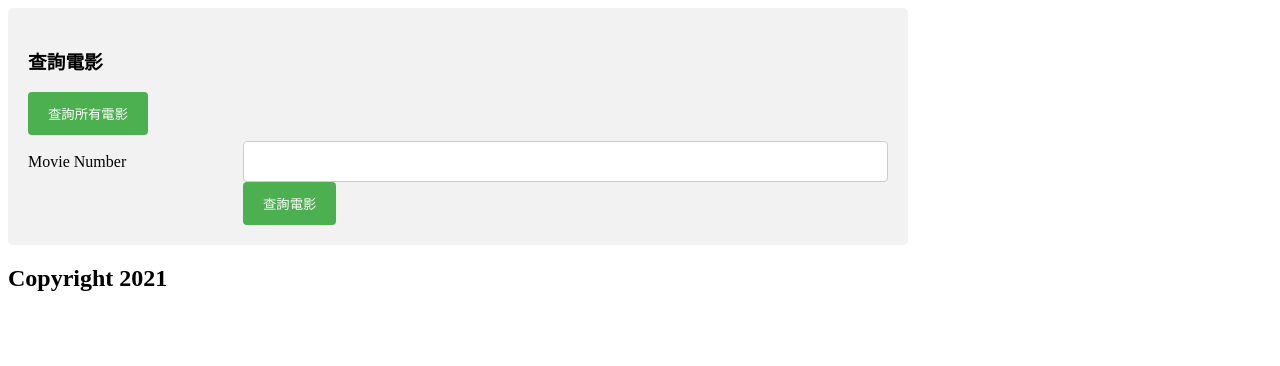
Repository: PEICHI26/Cinema
Page: http://localhost/Cinema/Query.jsp
These files come from the project's save history. The page is drawn as it stood at one moment and after the next save; the edit follows.
The browser window is 1280 px wide. The pictures show the whole page.
The page is served by Tomcat 9. Nobody is signed in. The application's start-up code is not run.

Above is the page before, as saved 2021-12-18 04:11:35.

After the next save:
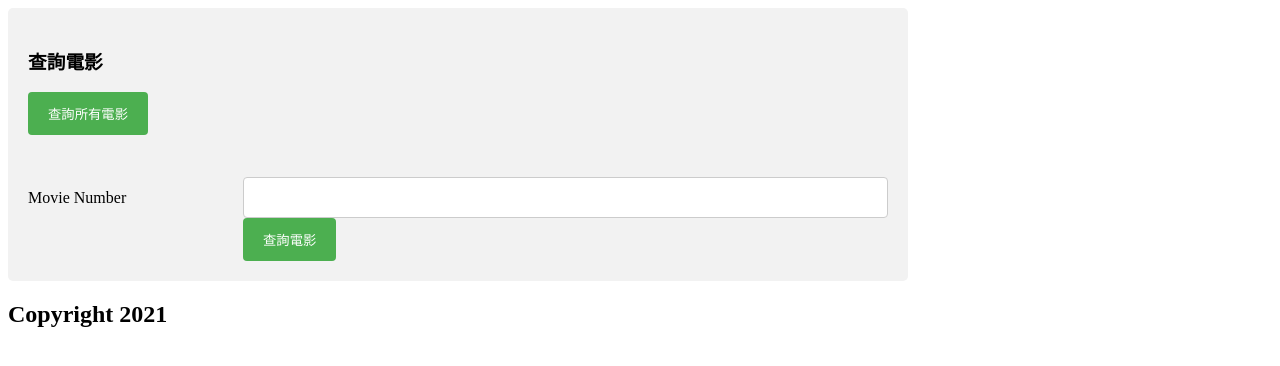
Saved 3 min 3 s later.
--- a/Cinema/src/main/webapp/Query.jsp
+++ b/Cinema/src/main/webapp/Query.jsp
@@ -79,7 +79,8 @@ input[type=submit]:hover {
   <div class="row">
     <input type="submit" name="QUERYALL" value="查詢所有電影">
   </div>
-
+  <br>
+  <br>
   <div class="row">
     <div class="col-25">
       <label for="moviename">Movie Number</label>
